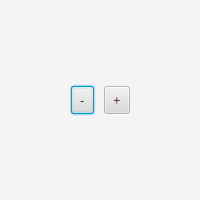
Repository: angelalvess/java-fx
Program's window: java javafx/src/counter/Contador.java
The author's editor kept a copy of each file at every save. The program's window is drawn from the files as they stood at one save, then again after the next save.
It runs on Java 21 on a 1366 x 768 screen with JavaFX 11; the title bar is not drawn.

Above is the program's window before, as saved 2025-02-03 06:39:58.

### javafx/src/counter/Contador.java
package counter;


import javafx.application.Application;
import javafx.geometry.Pos;
import javafx.scene.Scene;
import javafx.scene.control.Button;
import javafx.scene.control.Label;
import javafx.scene.layout.HBox;
import javafx.stage.Stage;

public class Contador extends Application {

	@Override
	public void start(Stage primaryStage) throws Exception {

		Label labelTitle = new Label("Counter");
		Label labelNumber = new Label("0");

		Button buttonDecrement = new Button("-");
		Button buttonIncrement = new Button("+");

		HBox hBox = new HBox();
		hBox.setAlignment(Pos.CENTER);
		hBox.setSpacing(10);
		hBox.getChildren().add(buttonDecrement);
		hBox.getChildren().add(buttonIncrement);

		Scene sceneOneScene = new Scene(hBox, 200, 200);

		primaryStage.setScene(sceneOneScene);
		primaryStage.show();

	}

	public static void main(String[] args) {
		launch(args);
	}

}

After the next save:
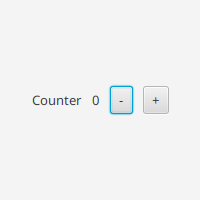
Saved 59 s later.
--- a/javafx/src/counter/Contador.java
+++ b/javafx/src/counter/Contador.java
@@ -23,6 +23,9 @@
 		HBox hBox = new HBox();
 		hBox.setAlignment(Pos.CENTER);
 		hBox.setSpacing(10);
+
+		hBox.getChildren().add(labelTitle);
+		hBox.getChildren().add(labelNumber);
 		hBox.getChildren().add(buttonDecrement);
 		hBox.getChildren().add(buttonIncrement);
 
